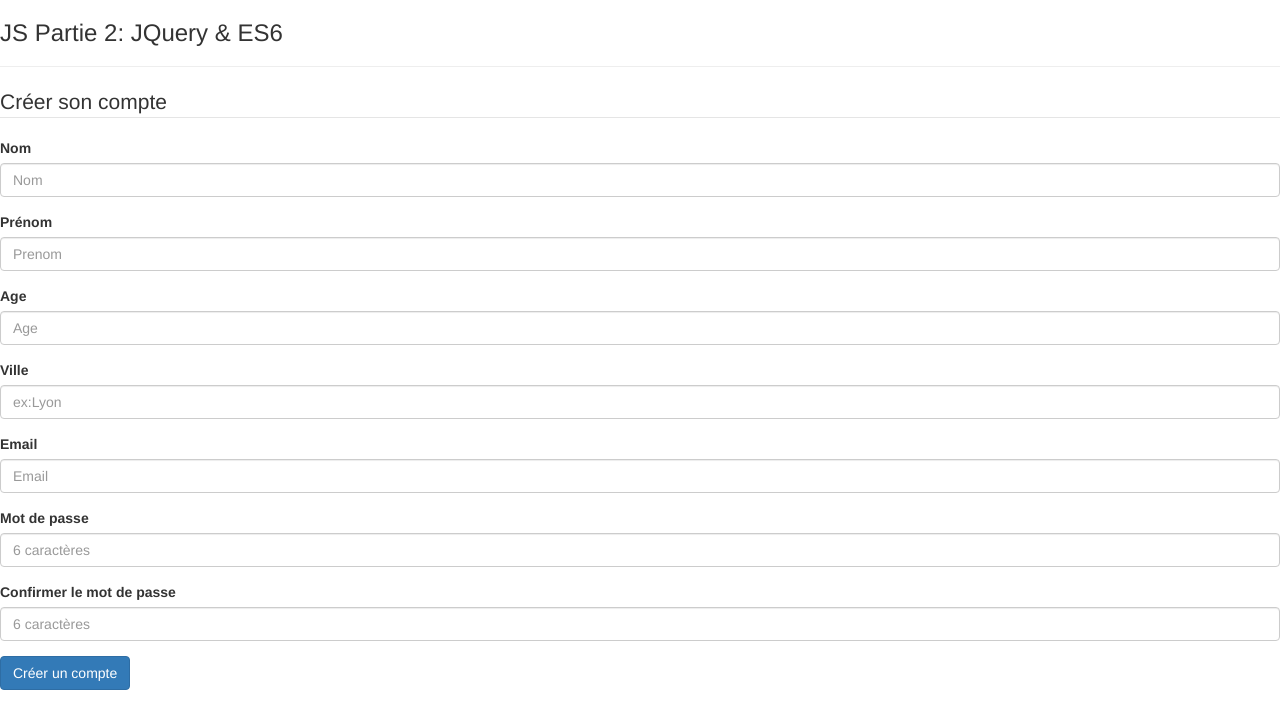
Repository: Symfomany/WildJQueryForm
Page: index.html
An editor plug-in stored every save of this project. The page is shown before and after the next save, followed by the edit.
The browser window is 1280 px wide. The pictures show the whole page.

Above is the page before, as saved 2017-03-06 06:55:31.

After the next save:
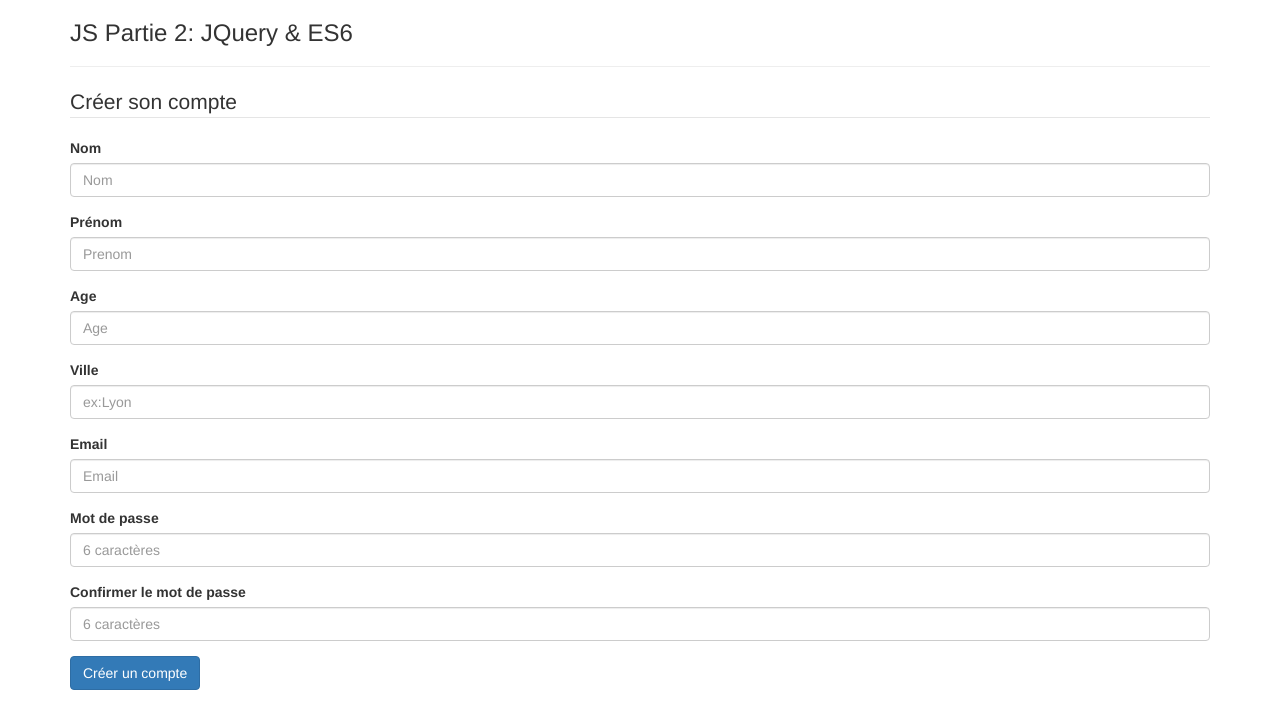
Saved 2 min 3 s later.
--- a/index.html
+++ b/index.html
@@ -12,52 +12,55 @@
 
 <body>
 
-    <h3>JS Partie 2: JQuery & ES6</h3>
-    <hr />
+    <div class="container">
+
+        <h3>JS Partie 2: JQuery & ES6</h3>
+        <hr />
 
 
-    <form action="" method="POST" role="form">
-        <legend>Créer son compte</legend>
+        <form action="" method="POST" role="form">
+            <legend>Créer son compte</legend>
 
-        <div class="form-group">
-            <label for="">Nom</label>
-            <input type="text" class="form-control" id="nom" placeholder="Nom">
-        </div>
+            <div class="form-group">
+                <label for="">Nom</label>
+                <input type="text" class="form-control" id="nom" placeholder="Nom">
+            </div>
 
-        <div class="form-group">
-            <label for="">Prénom</label>
-            <input type="text" class="form-control" id="prenom" placeholder="Prenom">
-        </div>
+            <div class="form-group">
+                <label for="">Prénom</label>
+                <input type="text" class="form-control" id="prenom" placeholder="Prenom">
+            </div>
 
-        <div class="form-group">
-            <label for="">Age</label>
-            <input type="text" class="form-control" id="age" placeholder="Age">
-        </div>
+            <div class="form-group">
+                <label for="">Age</label>
+                <input type="text" class="form-control" id="age" placeholder="Age">
+            </div>
 
-        <div class="form-group">
-            <label for="">Ville</label>
-            <input type="text" class="form-control" id="ville" placeholder="ex:Lyon">
-        </div>
+            <div class="form-group">
+                <label for="">Ville</label>
+                <input type="text" class="form-control" id="ville" placeholder="ex:Lyon">
+            </div>
 
-        <div class="form-group">
-            <label for="">Email</label>
-            <input type="email" class="form-control" id="email" placeholder="Email">
-        </div>
+            <div class="form-group">
+                <label for="">Email</label>
+                <input type="email" class="form-control" id="email" placeholder="Email">
+            </div>
 
-        <div class="form-group">
-            <label for="">Mot de passe</label>
-            <input type="password" class="form-control" id="password" placeholder="6 caractères">
-        </div>
+            <div class="form-group">
+                <label for="">Mot de passe</label>
+                <input type="password" class="form-control" id="password" placeholder="6 caractères">
+            </div>
 
-        <div class="form-group">
-            <label for="">Confirmer le mot de passe</label>
-            <input type="password" class="form-control" id="password" placeholder="6 caractères">
-        </div>
+            <div class="form-group">
+                <label for="">Confirmer le mot de passe</label>
+                <input type="password" class="form-control" id="password" placeholder="6 caractères">
+            </div>
 
-        <button type="submit" class="btn btn-primary">Créer un compte</button>
-    </form>
+            <button type="submit" class="btn btn-primary">Créer un compte</button>
+        </form>
 
 
+    </div>
 
     <script src="http://code.jquery.com/jquery.js"></script>
     <script src="http://netdna.bootstrapcdn.com/bootstrap/3.3.4/js/bootstrap.min.js"></script>
